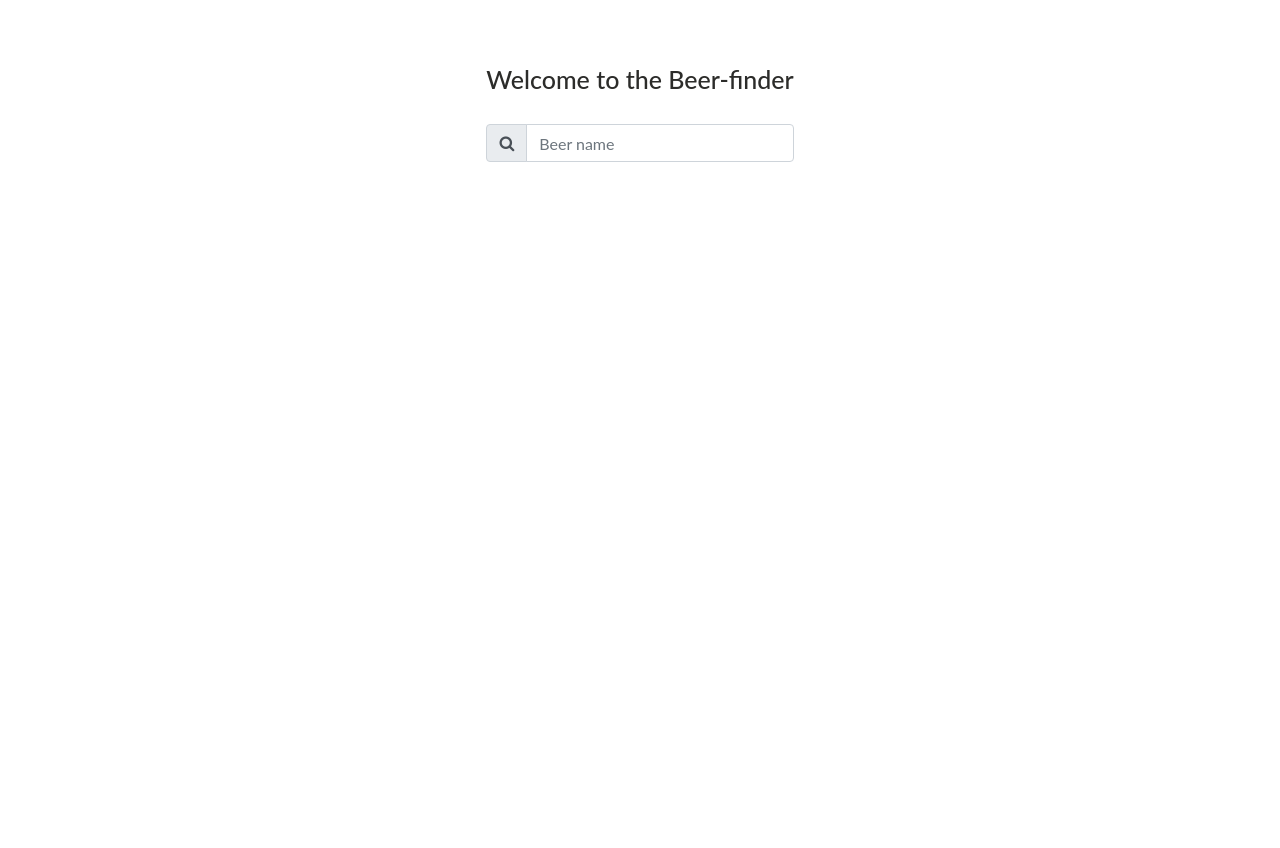
Repository: marcinszymaszek/beer-finder
Page: /
These files come from the project's save history. The page is drawn as it stood at one moment and after the next save; the edit follows.
The browser window is 1280 px wide. The pictures show the whole page.
The project was rebuilt for these pictures with package versions that can differ from the ones it lists, and the page was loaded fresh each time. Also part of the build but not shown: src/components/beers/Beers.css.

Above is the page before, as saved 2020-05-24 18:18:50.

### public/index.html
<!DOCTYPE html>
<html lang="en">
  <head>
    <meta charset="utf-8" />
    <link rel="icon" href="%PUBLIC_URL%/favicon.ico" />
    <link rel="stylesheet" href="https://stackpath.bootstrapcdn.com/font-awesome/4.7.0/css/font-awesome.min.css">
    <meta name="viewport" content="width=device-width, initial-scale=1" />
    <meta name="theme-color" content="#000000" />
    <meta
      name="description"
      content="Web site created using create-react-app"
    />
    <link rel="apple-touch-icon" href="%PUBLIC_URL%/logo192.png" />
    <!--
      manifest.json provides metadata used when your web app is installed on a
      user's mobile device or desktop. See https://developers.google.com/web/fundamentals/web-app-manifest/
    -->
    <link rel="manifest" href="%PUBLIC_URL%/manifest.json" />
    <!--
      Notice the use of %PUBLIC_URL% in the tags above.
      It will be replaced with the URL of the `public` folder during the build.
      Only files inside the `public` folder can be referenced from the HTML.

      Unlike "/favicon.ico" or "favicon.ico", "%PUBLIC_URL%/favicon.ico" will
      work correctly both with client-side routing and a non-root public URL.
      Learn how to configure a non-root public URL by running `npm run build`.
    -->
    <title>Beer-finder App</title>
  </head>
  <body>
    <noscript>You need to enable JavaScript to run this app.</noscript>
    <div id="root"></div>
    <!--
      This HTML file is a template.
      If you open it directly in the browser, you will see an empty page.

      You can add webfonts, meta tags, or analytics to this file.
      The build step will place the bundled scripts into the <body> tag.

      To begin the development, run `npm start` or `yarn start`.
      To create a production bundle, use `npm run build` or `yarn build`.
    -->
  </body>
</html>

### src/index.js
import React from 'react';
import ReactDOM from 'react-dom';
import './index.css';
import App from './components/main/App';
import * as serviceWorker from './serviceWorker';
import 'bootstrap/dist/css/bootstrap.min.css';

ReactDOM.render(
  <React.StrictMode>
    <App />
  </React.StrictMode>,
  document.getElementById('root')
);

// If you want your app to work offline and load faster, you can change
// unregister() to register() below. Note this comes with some pitfalls.
// Learn more about service workers: https://bit.ly/CRA-PWA
serviceWorker.unregister();

### src/components/main/App.js
import React from 'react';
import './App.css';
import Search from '../search/Search'


const App = () => {

  return (
    <div className="main-container">
      <Search />
    </div>
  );
}

export default App;

### src/components/main/App.css
.main-container {
  font-family: Lato, sans-serif;
  font-size: 1.5em;
  height: 100vh;
  line-height: 20px;
  font-size: 1.3rem;
  text-align: center;
  margin: 5% 20%;
}


.app-title{
  line-height: normal;
  font-size: 25px;
  color: #2c2c2a;
  margin-bottom: 30px;
}

@media (max-width: 790px)  {
  .main-container  {
    font-size: 1.2em;
  }
}

@media (max-width: 580px)  {
  .main-container  {
    height: auto;
    margin-bottom: 20%;
    margin-left: 15%;
    margin-right: 15%;
  }

  .app-title{
    margin-bottom: 0px;
  }

}

### src/components/search/Search.js
import React, { useState } from 'react';
import './Search.css';
import axios from 'axios';
import Pagination from '../pagination/Pagination';
import Beers from '../beers/Beers';
import Form from '../form/Form';
import Loader from '../../loader.gif';

const Search = () => {

    const [query, setQuery] = useState('');
    const [beers, setBeers] = useState([]);
    const [loading, setLoading] = useState(false);
    const [message, setMessage] = useState('');

    const [currentPage, setCurrentPage] = useState(1);
    const [beersPerPage, setBeersPerPage] = useState(10);


    const fetchSearchBeers = (updatedPageNo = '', query) => {
        let cancel = "";
        const pageNumber = updatedPageNo ? `&per_page=${updatedPageNo}` : '';
        const searchUrl = `https://api.punkapi.com/v2/beers?beer_name=${query}${pageNumber}`;
        if (cancel) {
            cancel.cancel();
        }
        cancel = axios.CancelToken.source();
        axios.get(searchUrl, {
            cancelToken: cancel.token
        })
            .then((res) => {
                const resultNotFoundMsg = !res.data.length
                    ? 'There are no more search beers. Please try a new search..'
                    : '';
                setMessage(resultNotFoundMsg);
                setLoading(false);
                setBeers(res.data);
            })
            .catch((error) => {
                if (axios.isCancel(error) || error) {
                    setLoading(false);
                    setMessage('Failed to fetch beers.Please check network..');
                }
            });
    };


    const handleOnInputChange = (event) => {
        const query = event.target.value;
        if (!query) {
            setBeers([]);
            setMessage("");
        } else {
            setQuery(query);
            setLoading(true);
            setMessage("");
            fetchSearchBeers(80, query);
        }
    };

    // Get current beers
    const indexOfLastBeer = currentPage * beersPerPage;
    const indexOfFirstBeer = indexOfLastBeer - beersPerPage;
    const currentBeers = beers.slice(indexOfFirstBeer, indexOfLastBeer);

    //Change page
    const paginate = pageNumber => setCurrentPage(pageNumber);


    return (
        <>
            <div className="inline-container">
                <h1 className="app-title">Welcome to the Beer-finder</h1>
                <Form handleOnInputChange={handleOnInputChange} query={query} />
            </div>
            <Beers currentBeers={currentBeers} />
            <Pagination beersPerPage={beersPerPage}
                totalBeers={beers.length}
                paginate={paginate}
            />

            {message && <p className="message">{message}</p>}

            <img src={Loader} className={`search-loading ${loading ? 'show' : 'hide'}`} alt="loader" />

        </>
    )
}

export default Search;

### src/components/search/Search.css
.inline-container {
    flex-flow: wrap;
    align-content: center;
    align-items: stretch;
    justify-content: space-around;
}

/*Loader*/
.search-loading {
    position: absolute;
	left: 0;
	right: 0;
	margin: auto;
}

/*Show and hide*/
.show {
	display: inline-block;
}.hide {
	display: none;
}


@media (max-width: 790px)  {
    .inline-container {
        justify-content: space-evenly;
    }
}

### src/components/pagination/Pagination.js
import React from "react";
import './Pagination.css';

const Pagination = ({ beersPerPage, totalBeers, paginate }) => {
    const beerNumbers = [];

    for (let i = 1; i <= Math.ceil(totalBeers / beersPerPage); i++) {
        beerNumbers.push(i);
    }

    return (
        <nav>
            <ul className="pagination" id="beer-list-pagination">
                {beerNumbers.map(number => (
                    <li key={number} className="page-item">
                        <a  onClick={() => {paginate(number)}} href="!#" className="page-link" id="beer-pag-link">
                            {number}
                        </a>
                    </li>
                ))}
            </ul>
        </nav>
    )
}


export default Pagination;

### src/components/beers/Beers.js
import React from "react";
import './Beers.css';

const Beers = ({ currentBeers }) => {

    const renderSearchBeers = () => {
        if (Object.keys(currentBeers).length && currentBeers.length) {
            return (
                <div className="image-container">
                    {currentBeers.map((beer) => {
                        return (
                            <div key={beer.id}>
                                <img className="beer-img" src={beer.image_url} alt={beer.name} />
                                <h2 id="beer-title">{beer.name}</h2>
                            </div>
                        );
                    })}
                </div>
            );
        }
    };


    return (
        <>
            {renderSearchBeers()}
        </>
    )
}


export default Beers;

### src/components/form/Form.js
import React from "react";
import './Form.css';

const Form = ({ handleOnInputChange, query }) => {


    return (

        <div className="input-group" id="beer-form-input">
            <div className="input-group-prepend">
                <span className="input-group-text" id="basic-addon">
                    <i className="fa fa-search prefix"></i>
                </span>
            </div>
            <input
                className="form-control"
                type="text"
                placeholder="Beer name"
                value={query}
                onChange={event => handleOnInputChange(event)}
            />
        </div>

    );

};

export default Form;

### src/components/pagination/Pagination.css
#beer-list-pagination{
    display: inline-flex;
    align-items: center;
}


#beer-pag-link{
    color: #2c2c2a;
}

### src/components/form/Form.css
#beer-form-input {
    width: 40%;
    display: inline-flex;
}

@media (max-width: 790px)  {
    #beer-form-input {
        width: 80%;
    }
}

@media (max-width: 580px)  {
    #beer-form-input {
        width: 100%;
        margin: 20px 0px;
        padding: 18px 10px;
    }
  }

Loaded but not shown: src/index.css (common file); src/serviceWorker.js (common file)

After the next save:
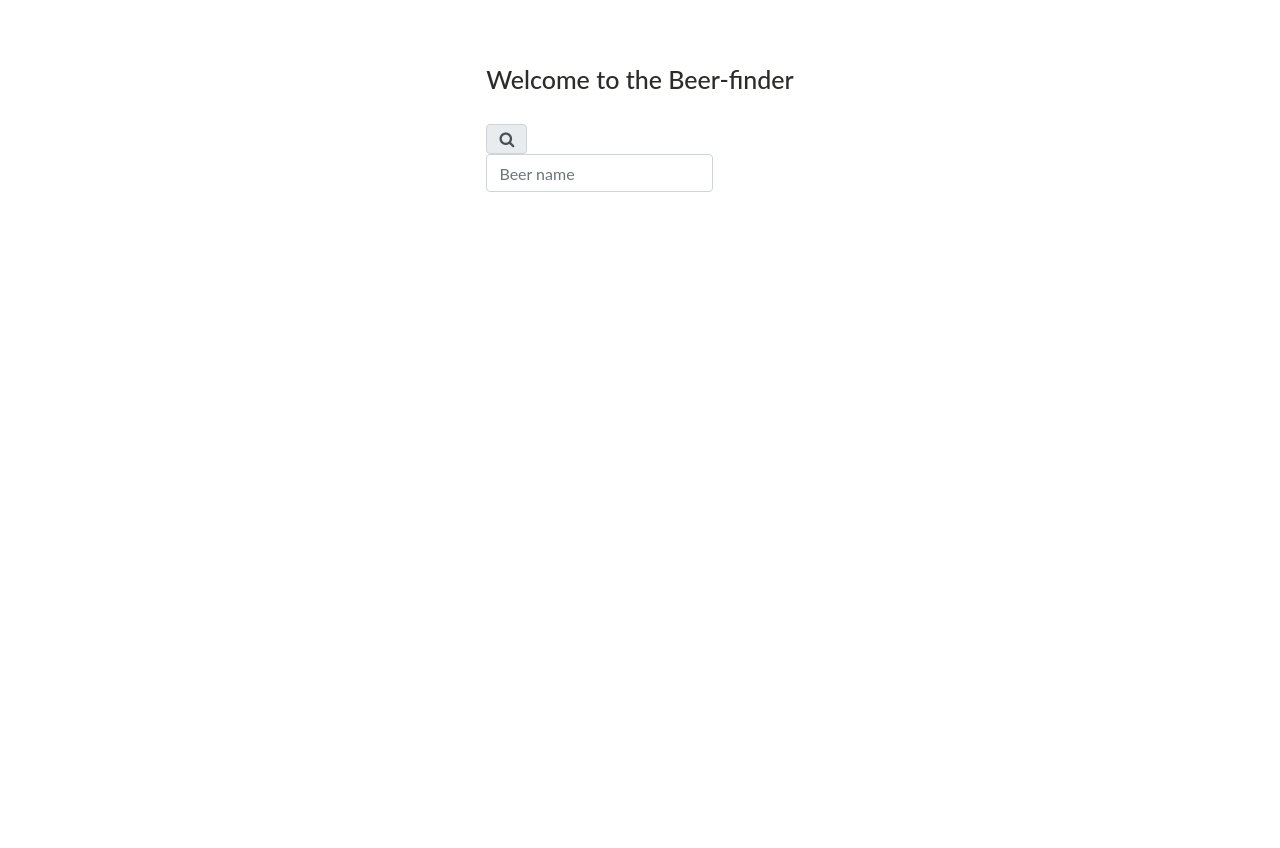
Saved 5 min 43 s later.
--- a/src/components/form/Form.js
+++ b/src/components/form/Form.js
@@ -7,18 +7,19 @@
     return (
 
         <div className="input-group" id="beer-form-input">
-            <div className="input-group-prepend">
+            <form>            <div className="input-group-prepend">
                 <span className="input-group-text" id="basic-addon">
                     <i className="fa fa-search prefix"></i>
                 </span>
             </div>
-            <input
-                className="form-control"
-                type="text"
-                placeholder="Beer name"
-                value={query}
-                onChange={event => handleOnInputChange(event)}
-            />
+                <input
+                    className="form-control"
+                    type="text"
+                    placeholder="Beer name"
+                    value={query}
+                    onChange={event => handleOnInputChange(event)}
+                />
+            </form>
         </div>
 
     );

After the save that followed:
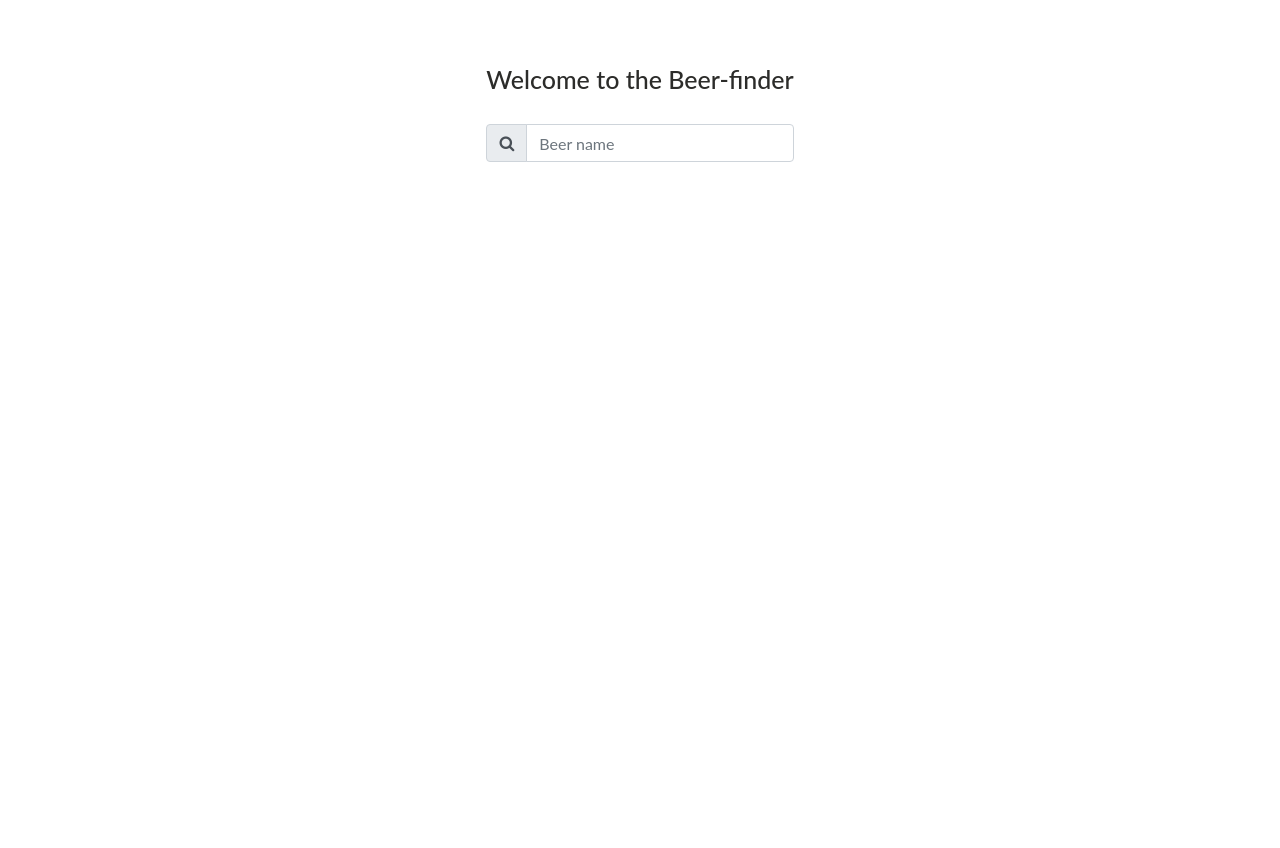
Saved 23 s later.
--- a/src/components/form/Form.js
+++ b/src/components/form/Form.js
@@ -7,19 +7,18 @@
     return (
 
         <div className="input-group" id="beer-form-input">
-            <form>            <div className="input-group-prepend">
+            <div className="input-group-prepend">
                 <span className="input-group-text" id="basic-addon">
                     <i className="fa fa-search prefix"></i>
                 </span>
             </div>
-                <input
-                    className="form-control"
-                    type="text"
-                    placeholder="Beer name"
-                    value={query}
-                    onChange={event => handleOnInputChange(event)}
-                />
-            </form>
+            <input
+                className="form-control"
+                type="text"
+                placeholder="Beer name"
+                value={query}
+                onChange={event => handleOnInputChange(event)}
+            />
         </div>
 
     );
